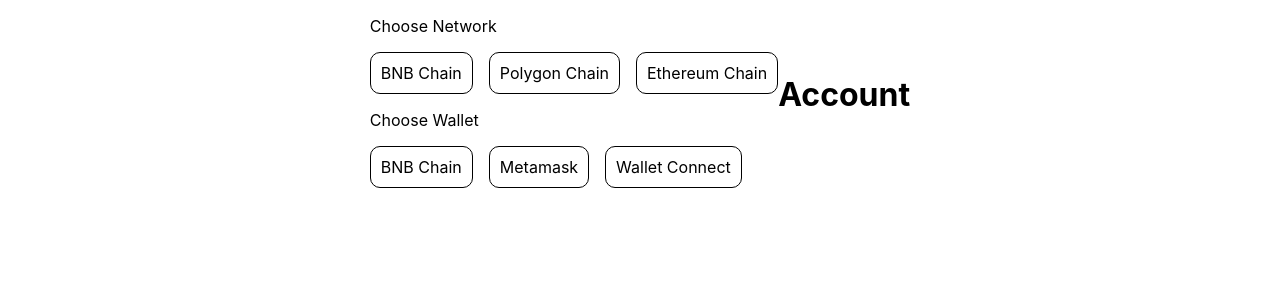
Repository: m-ahmadshaikh/Wallet-Connect
Page: /
An editor plug-in stored every save of this project. The page is shown before and after the next save, followed by the edit.
The browser window is 1280 px wide. The pictures show the whole page.
The project was rebuilt for these pictures with package versions that can differ from the ones it lists, and the page was loaded fresh each time.

Above is the page before, as saved 2023-01-19 18:03:22.

After the next save:
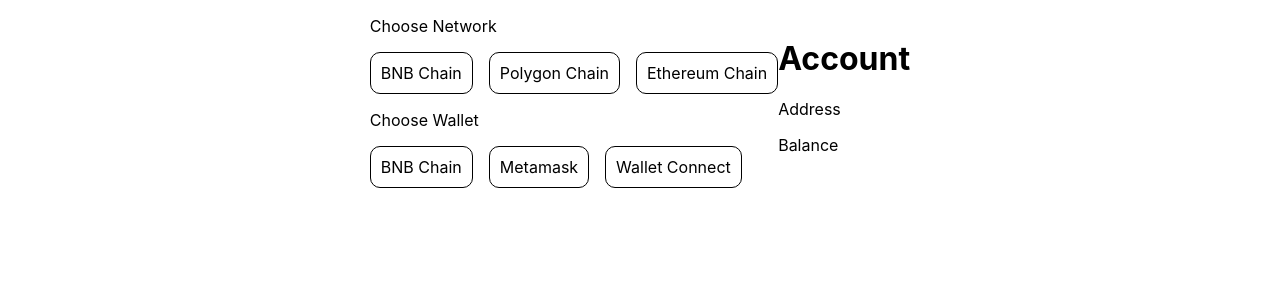
Saved 25 s later.
--- a/src/App.js
+++ b/src/App.js
@@ -20,6 +20,10 @@
       </div>
       <div>
         <h1>Account</h1>
+        <div>
+          <p>Address</p>
+          <p>Balance</p>
+        </div>
       </div>
     </div>
   );
